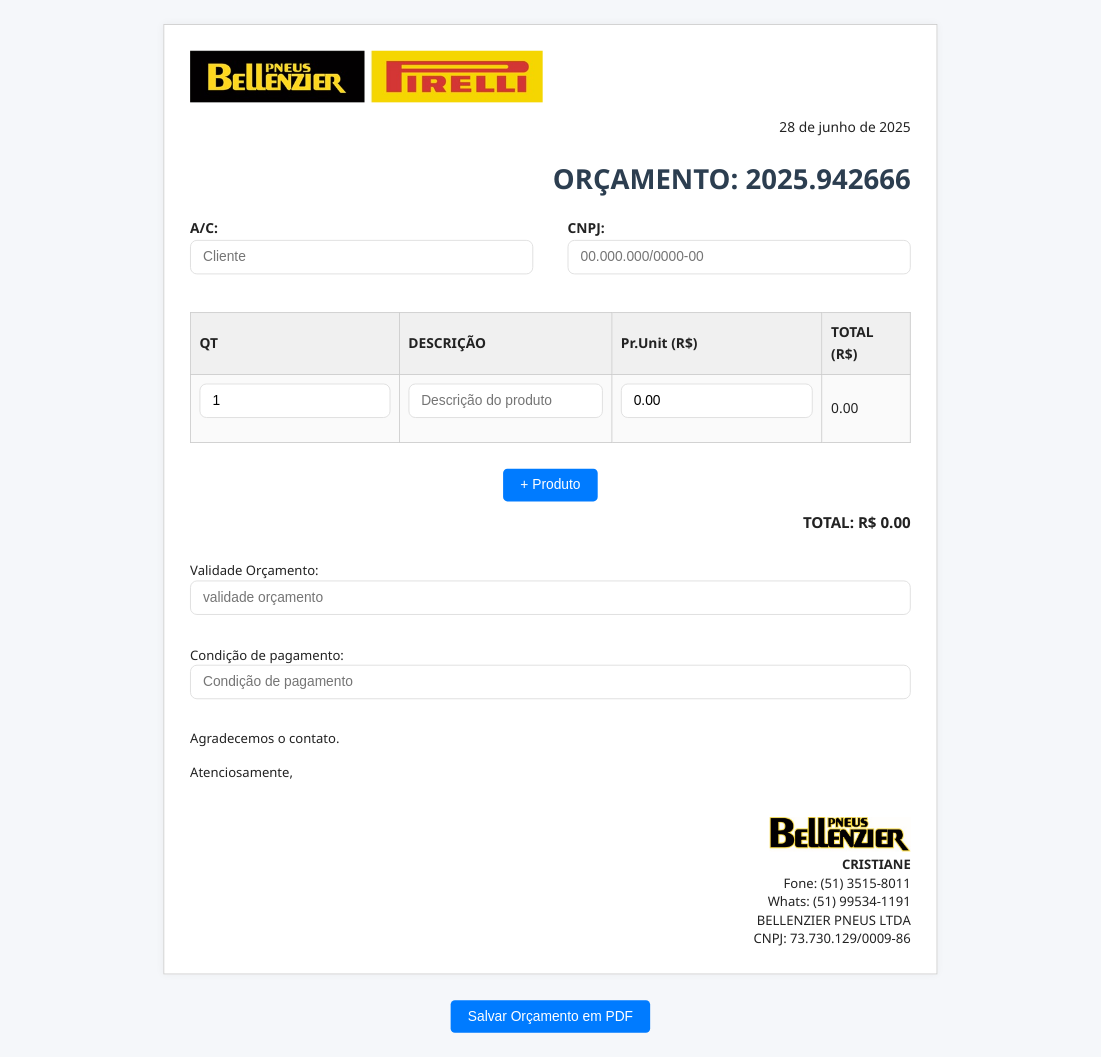
Repository: Cristiane-Sartori14/Orcamento
Page: index.html
An editor plug-in stored every save of this project. The page is shown before and after the next save, followed by the edit.
The browser window is 1280 px wide. The pictures show the whole page, at 86% of full size.

Above is the page before, as saved 2025-06-29 10:18:33.

After the next save:
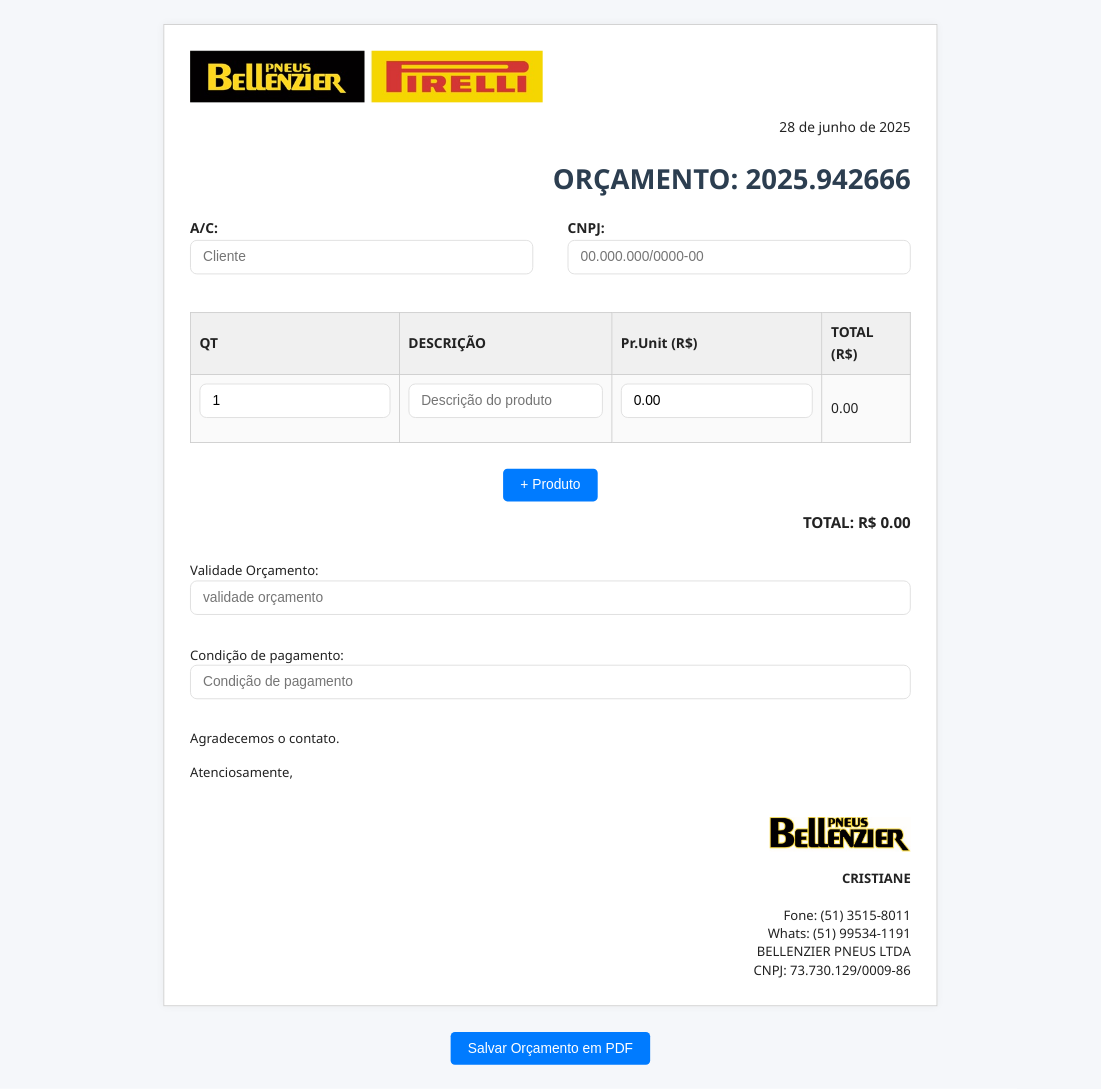
Saved 76 s later.
--- a/Styles.css
+++ b/Styles.css
@@ -133,6 +133,9 @@
 }
 
 .rodape {
+  display: flex;
+  flex-direction: column;
+  align-items: flex-end;
   text-align: right;
   margin-top: 40px;
   font-size: 0.95em;
